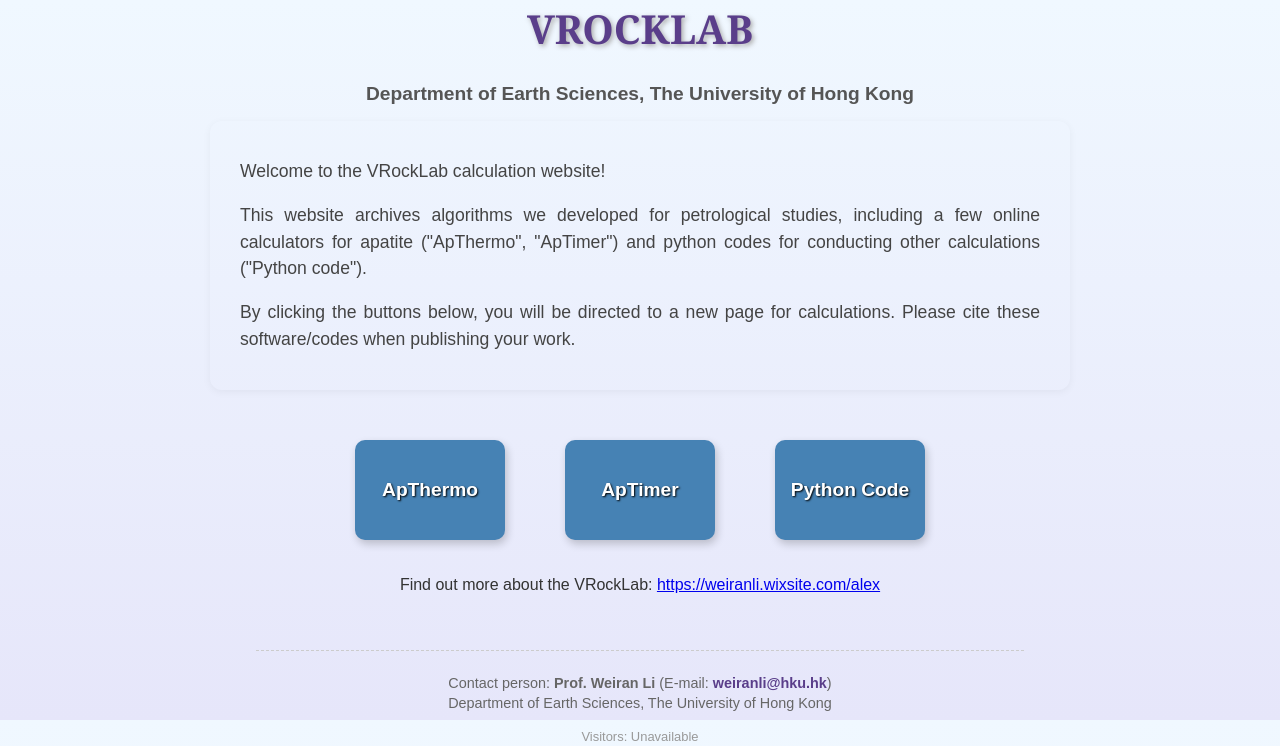
Repository: Abyss2019/home_page
Page: index.html
The author's editor kept a copy of each file at every save. The page is drawn from the files as they stood at one save, then again after the next save.
The browser window is 1280 px wide. The pictures show the whole page.

Above is the page before, as saved 2025-04-06 12:25:08.

After the next save:
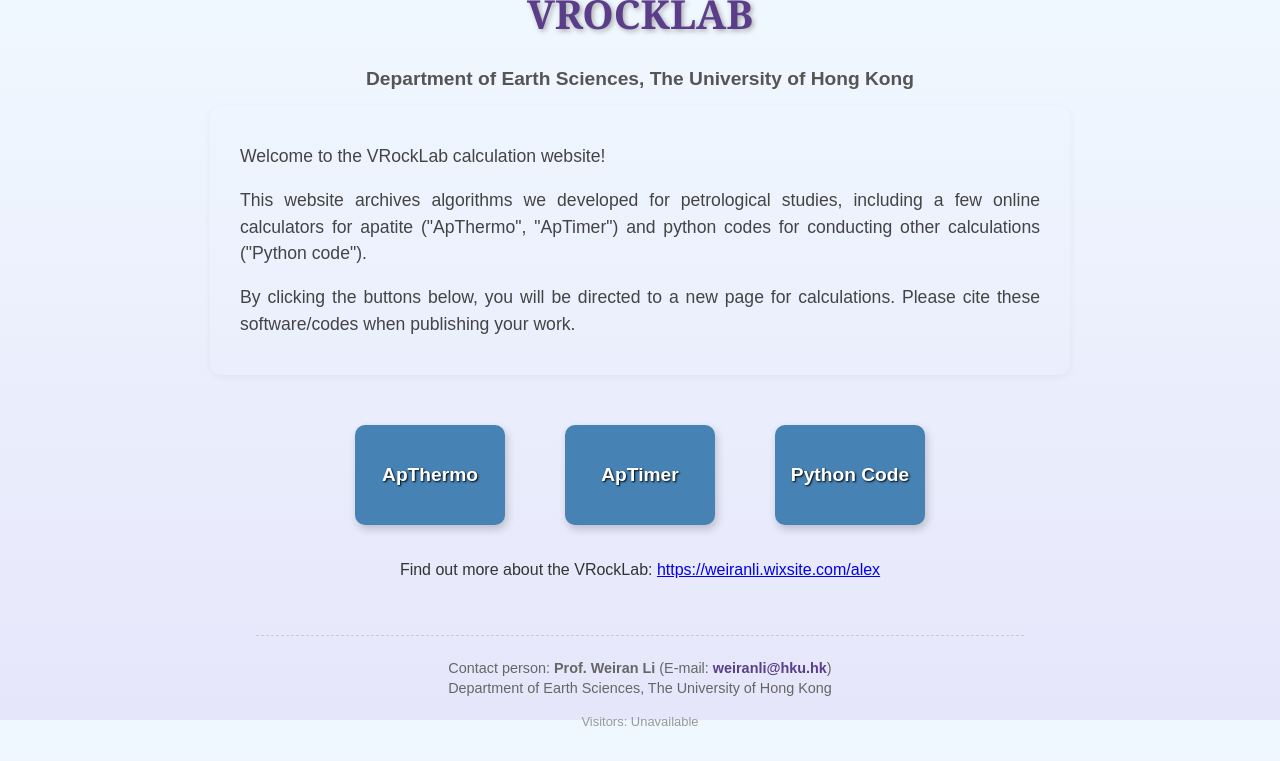
Saved 92 s later.
--- a/index.html
+++ b/index.html
@@ -132,7 +132,7 @@
 
 
     <hr style="width: 60%; margin-top: 40px; border: none; border-top: 1px dashed #ccc;">
-    <footer>
+    <footer style="position: relative; padding-bottom: 30px;">
         <p>
             Contact person: <strong>Prof. Weiran Li</strong> (E-mail:
             <a href="mailto:weiranli@hku.hk">weiranli@hku.hk</a>)<br>
